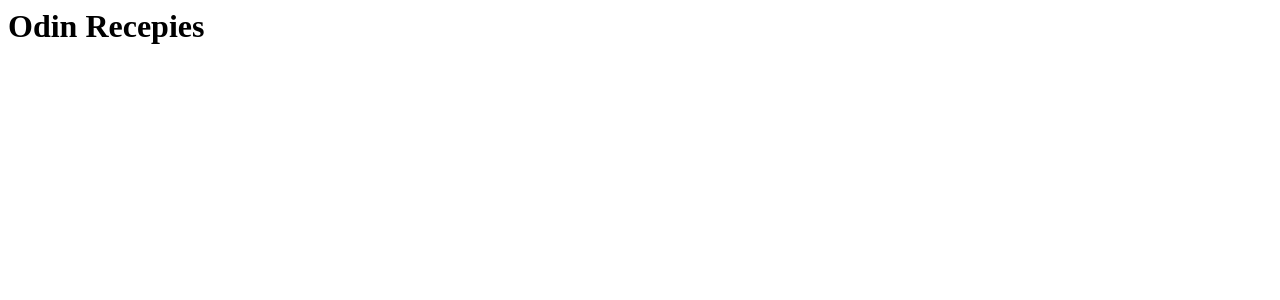
Repository: HeliosAI9/First-test-website
Page: repos/odin-recipes/recipes/carneasada.html
The author's editor kept a copy of each file at every save. The page is drawn from the files as they stood at one save, then again after the next save.
The browser window is 1280 px wide. The pictures show the whole page.

Above is the page before, as saved 2023-05-31 01:55:33.

After the next save:
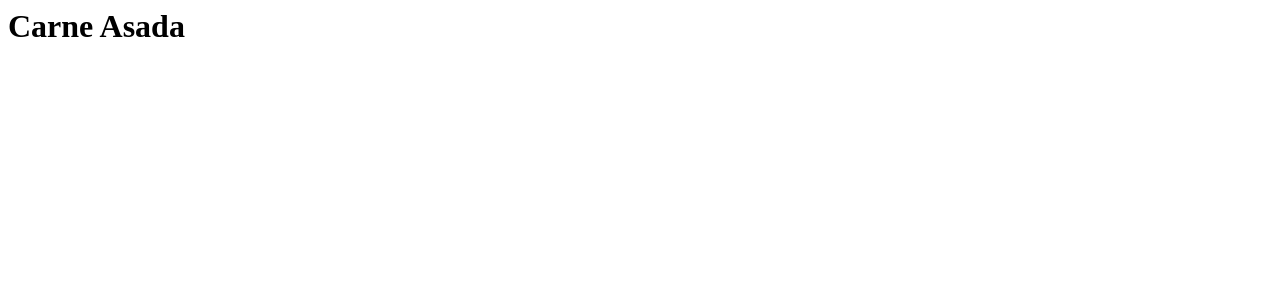
Saved 9 min 36 s later.
--- a/repos/odin-recipes/recipes/carneasada.html
+++ b/repos/odin-recipes/recipes/carneasada.html
@@ -1 +1 @@
-<h1>Odin Recepies</h1>
+<h1>Carne Asada</h1>
